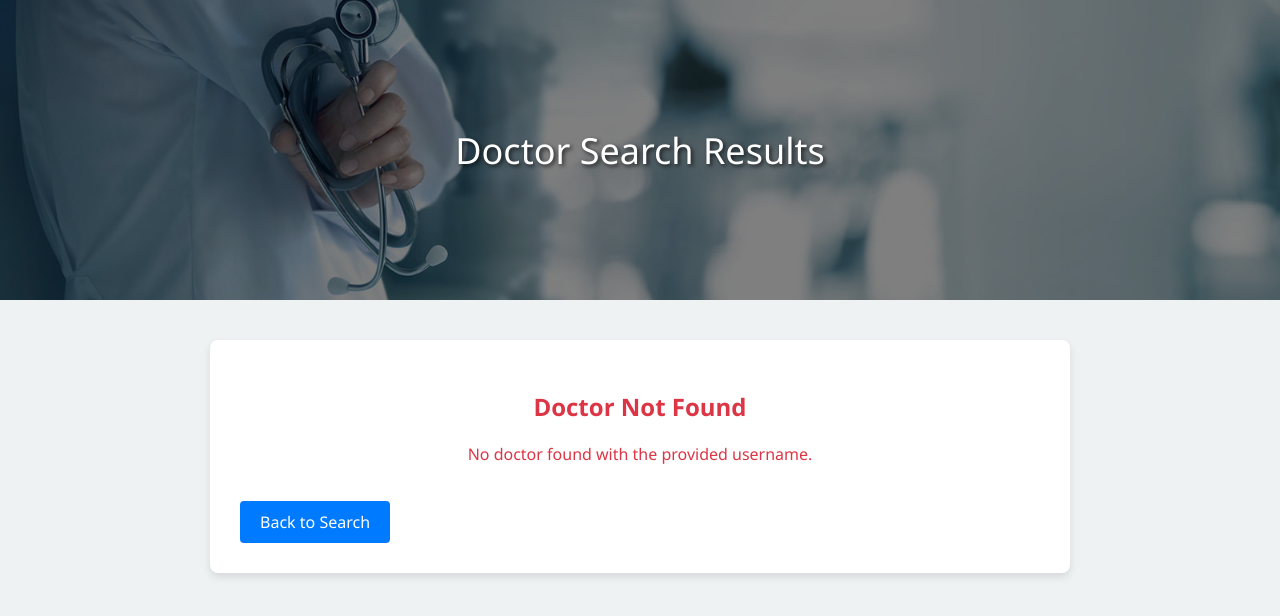
Repository: AriaFantom/Minor-Project
Page: http://localhost/Project/result.jsp
An editor plug-in stored every save of this project. The page is shown before and after the next save, followed by the edit.
The browser window is 1280 px wide. The pictures show the whole page.
Some web fonts or font styles are not loaded; a fallback is used. The page is served by Tomcat 10. Other server files are loaded and not shown. The template is opened directly, without the code that normally fills it, so the values that code supplies are empty.

Above is the page before, as saved 2025-01-14 18:57:46.

### Project/src/main/webapp/result.jsp
<%@ page language="java" contentType="text/html; charset=UTF-8" pageEncoding="UTF-8"%>
<%@ page import="com.healthify.dao.Doctor" %>
<!DOCTYPE html>
<html>
<head>
    <meta charset="UTF-8">
    <title>Doctor Search Result</title>
    <style>
        body {
            font-family: 'Segoe UI', Tahoma, Geneva, Verdana, sans-serif;
            margin: 0;
            padding: 0;
            background-color: #eef2f3;
        }
        .header {
            position: relative;
            width: 100%;
            height: 300px;
            background-image: url('assets/bg2.jpg');
            background-size: cover;
            background-position: center;
            display: flex;
            align-items: center;
            justify-content: center;
        }
        .header-overlay {
            position: absolute;
            top: 0;
            left: 0;
            width: 100%;
            height: 100%;
            background-color: rgba(0, 0, 0, 0.5);
        }
        .header-title {
            position: relative;
            color: white;
            font-size: 36px;
            z-index: 1;
            text-shadow: 2px 2px 4px rgba(0,0,0,0.7);
        }
        .content {
            padding: 40px 20px;
            display: flex;
            flex-direction: column;
            align-items: center;
        }
        .result-container {
            background-color: #ffffff;
            border-radius: 8px;
            padding: 30px;
            box-shadow: 0 4px 8px rgba(0,0,0,0.1);
            width: 100%;
            max-width: 800px;
        }
        .not-found {
            color: #dc3545;
            text-align: center;
        }
        .doctor-card {
            display: flex;
            align-items: center;
            background-color: #f8f9fa;
            border: 1px solid #dee2e6;
            border-radius: 8px;
            padding: 20px;
            margin: 15px 0;
            transition: box-shadow 0.3s ease;
        }
        .doctor-card:hover {
            box-shadow: 0 8px 16px rgba(0,0,0,0.2);
        }
        .doctor-image {
            width: 100px;
            height: 100px;
            border-radius: 50%;
            background-color: #6c757d;
            background-size: cover;
            background-position: center;
            margin-right: 20px;
        }
        .doctor-info {
            flex: 1;
        }
        .doctor-name {
            font-size: 20px;
            font-weight: bold;
            margin: 0;
            color: #343a40;
        }
        .doctor-specialist {
            font-size: 16px;
            color: #6c757d;
            margin: 5px 0 0 0;
        }
        .back-button {
            display: inline-block;
            margin-top: 20px;
            padding: 10px 20px;
            background-color: #007bff;
            color: white;
            text-decoration: none;
            border-radius: 4px;
            transition: background-color 0.3s ease;
        }
        .back-button:hover {
            background-color: #0056b3;
        }
        @media (max-width: 600px) {
            .doctor-card {
                flex-direction: column;
                align-items: flex-start;
            }
            .doctor-image {
                margin-bottom: 15px;
            }
        }
    </style>
</head>
<body>
    <!-- Header Section with Landscape Image -->
    <div class="header">
        <div class="header-overlay"></div>
        <div class="header-title">Doctor Search Results</div>
    </div>

    <!-- Main Content Section -->
    <div class="content">
        <div class="result-container">
            <%
                Doctor doctor = (Doctor)request.getAttribute("doctor");
                if (doctor != null) {
            %>
                <h2 style="text-align:center; color:#28a745;">Doctor Found</h2>
                <div class="doctor-card">
                    <div class="doctor-image" style="background-image: url('<%=request.getContextPath()%>/images/doctor-placeholder.png');"></div>
                    <div class="doctor-info">
                        <p class="doctor-name"><%= doctor.getUsername() %></p>
                        <p class="doctor-specialist"><strong>Specialization:</strong> <%= doctor.getSpecialist() %></p>
                    </div>
                </div>
                <a href="<%=request.getContextPath()%>/searchDoctor.jsp" class="back-button">Back to Search</a>
            <%
                } else {
            %>
                <h2 class="not-found">Doctor Not Found</h2>
                <p class="not-found">No doctor found with the provided username.</p>
                <a href="<%=request.getContextPath()%>/searchDoctor.jsp" class="back-button">Back to Search</a>
            <%
                }
            %>
        </div>
    </div>
</body>
</html>

### Project/src/main/webapp/css/index.css
@charset "UTF-8";

@import url('https://fonts.googleapis.com/css2?family=Oswald:wght@200..700&display=swap');
@import url('https://fonts.googleapis.com/css2?family=Open+Sans:ital,wght@0,300..800;1,300..800&display=swap');
@import url('https://fonts.googleapis.com/css2?family=DM+Serif+Text:ital@0;1&family=PT+Sans:ital,wght@0,400;0,700;1,400;1,700&display=swap');
* {
    box-sizing: border-box;
    margin: 0;
    padding: 0;
}

body {
    margin: 0;
    padding: 0;

}

nav {
    background: #fff;
    font-family: "Oswald", sans-serif;
    position: fixed;
    width: 100%;
    left: 0;
    top: 0;
    display: flex;
    justify-content: space-between;
    align-items: center;
    z-index: 10;
    padding: 8px 20px;

}

nav.scrolled {
    box-shadow: 0px 10px 24px -6px rgba(0, 0, 0, 0.75);
    transition: background-color 0.3s ease;
}

.border {
    border: 1px solid #000;
}
.nav-icon {
    display: flex;
    align-items: center;
    gap: 5px;
    color: #196366;
}

.nav-icon h2 {
    font-family: "DM Serif Text", serif;
    font-weight: 400;
    font-style: normal;
}

.navlogo {
    width: 5%;
    height: 5%;
}

ul {
    padding: 2px 10px;
    list-style-type: none;
    display: flex;
    gap: 20px;
    align-items: center;
}

li {
    cursor: pointer;
    color: #196366;
    font-weight: bold;
    text-transform: uppercase;
    font-size: 18px;
}

.btn-nav {
    display: flex;
    flex-direction: row;
    gap: 10px;
}

.btn-signup {
    cursor: pointer;
    font-family: "Oswald", sans-serif;
    padding: 8px;
    color: white;
    border: none;
    border-radius: 10px;
    width: 100px;
    font-size: 20px;
    background: #196366;
}

.btn-login {
    cursor: pointer;
    font-family: "Oswald", sans-serif;
    padding: 7px;
    color: #196366;
    border-radius: 10px;
    width: 100px;
    font-size: 20px;
    background: transparent;
    border: 2px solid #196366;
}

.hero {
    font-family: "Oswald", sans-serif;
    display: flex;
    flex-direction: row;
    justify-content: space-between;
    padding: 10rem 5rem 0 5rem;
    background: rgb(27,89,86);
    background: -moz-linear-gradient(129deg, rgba(27,89,86,1) 10%, rgba(46,186,180,1) 100%);
    background: -webkit-linear-gradient(129deg, rgba(27,89,86,1) 10%, rgba(46,186,180,1) 100%);
    background: linear-gradient(129deg, rgba(27,89,86,1) 10%, rgba(46,186,180,1) 100%);
    filter: progid:DXImageTransform.Microsoft.gradient(startColorstr="#1b5956",endColorstr="#2ebab4",GradientType=1);
}

.heading {
    color: ghostwhite;
}

.heading h1 {
    margin: 0;
    font-size: 4rem;
    text-transform: uppercase;
}

.hero-button {
    margin-top: 20px;
    font-family: "Oswald", sans-serif;
    text-transform: uppercase;
    font-weight: 400;
    padding: 8px 20px;
    background: white;
    color: #196366;
    border: none;
    border-radius: 5px;
    font-size: 20px;
}

.search-section {
    display: flex;
    align-items: center;
    justify-content: center;
    width: 100%;

}

.inner-search {
    background: whitesmoke;
    width: 90%;
    display: grid;
    grid-template-columns: 1.7fr 0.3fr;
    grid-template-rows: 1fr 1fr;
    grid-template-areas:
    "sl sl"
    "si sb";
    gap: 10px;
    margin: -20px;
    padding: 50px;
    border-radius: 10px;
    box-shadow: 0px 10px 24px -6px rgba(0, 0, 0, 0.75);
}

.inner-search label {
    font-family: "Oswald", sans-serif;
    font-weight: 500;
    text-transform: uppercase;
    font-size: 2rem;
    grid-area: sl;
}

.inner-search input {
    grid-area: si;
    padding: 10px;
    border: 1px solid #196366;
    outline: none;
    border-radius: 12px;
}

.inner-search button {
    cursor: pointer;
    grid-area: sb;
    padding: 20px;
    border: none;
    outline: none;
    border-radius: 12px;
    background: #196366;
    color: white;
}

.function-section,
.doctor-section {
    display: flex;
    flex-direction: column;
    align-items: center;
    justify-content: center;
    margin: 10rem 0;
}

.function-section h1 {
    font-family: "Oswald", sans-serif;
    font-weight: normal;
    font-size: 4rem;
    padding: 5rem 0;
}

.card-container,
.doctor-container {
    display: flex;
    flex-direction: row;
    align-items: center;
    justify-content: center;
    gap: 4rem;
    width: 70%;
}

.card {
    cursor: pointer;
    display: flex;
    flex-direction: column;
    align-items: center;
    background-color: white;
    border-radius: 10px;
    border: 1px solid #196366;
    box-shadow: 0 4px 6px rgba(0, 0, 0, 0.1);
    padding: 40px 20px;
    text-align: center;
    transition: transform 0.3s, box-shadow 0.3s;
}

.card:hover {
    transform: translateY(-10px);
    box-shadow: 0 10px 16px rgba(119, 182, 183, 0.51);;
}

.card img {
    width: 100px;
    height: 100px;
    margin-bottom: 20px;
}

.card h3 {
    font-size: 1.5em;
    margin-bottom: 10px;
    color: #333;
    font-family: "Open Sans", sans-serif;
}

.card p {
    font-size: 1em;
    color: #196366;
    font-family: "Open Sans", sans-serif;
}
.doctor-section h1 {
    font-family: "Oswald", sans-serif;
    font-weight: normal;
    font-size: 4rem;
    padding: 5rem 0;
}
.doctor-card {
    cursor: pointer;
    font-family: "Open Sans", sans-serif;
    display: flex;
    flex-direction: column;
    align-items:center;
    padding: 30px 20px;
    box-shadow: inset 0 -3em 3em rgba(89, 165, 166, 0.09),
    0 0  0 2px rgba(0, 0, 0, 0.25),
    0.3em 0.3em 1em rgba(0,0,0,0.3);
    transition: transform 0.3s;
}

.doctor-card:hover {
    transform: scale(1.05);
}

.doctor-card img {
    width: 300px;
    height: 350px;
    object-fit: contain;
    border-radius: 8px;
}

.doctor-card p {
    font-weight: bold;
}

footer {
    background-color: #004d4d;
    color: white;
    padding: 20px 0;
    text-align: center;
    margin-top: 40px;
    font-family: Arial, sans-serif;
}

.footer-top {
    display: flex;
    justify-content: space-around;
    align-items: center;
    flex-wrap: wrap;
    font-family: "Open Sans", sans-serif;
}
.footer-top h2 {
    text-transform: uppercase;
}

.alert {
            padding: 15px;
            margin: 20px auto;
            border-radius: 4px;
            width: 95%;
            font-size: 16px;
            text-align: center;
}
.alert-success {
            color: #155724;
            background-color: #d4edda;
            border: 1px solid #c3e6cb;
}
.alert-danger {
            color: #721c24;
            background-color: #f8d7da;
            border: 1px solid #f5c6cb;
 }

After the next save:
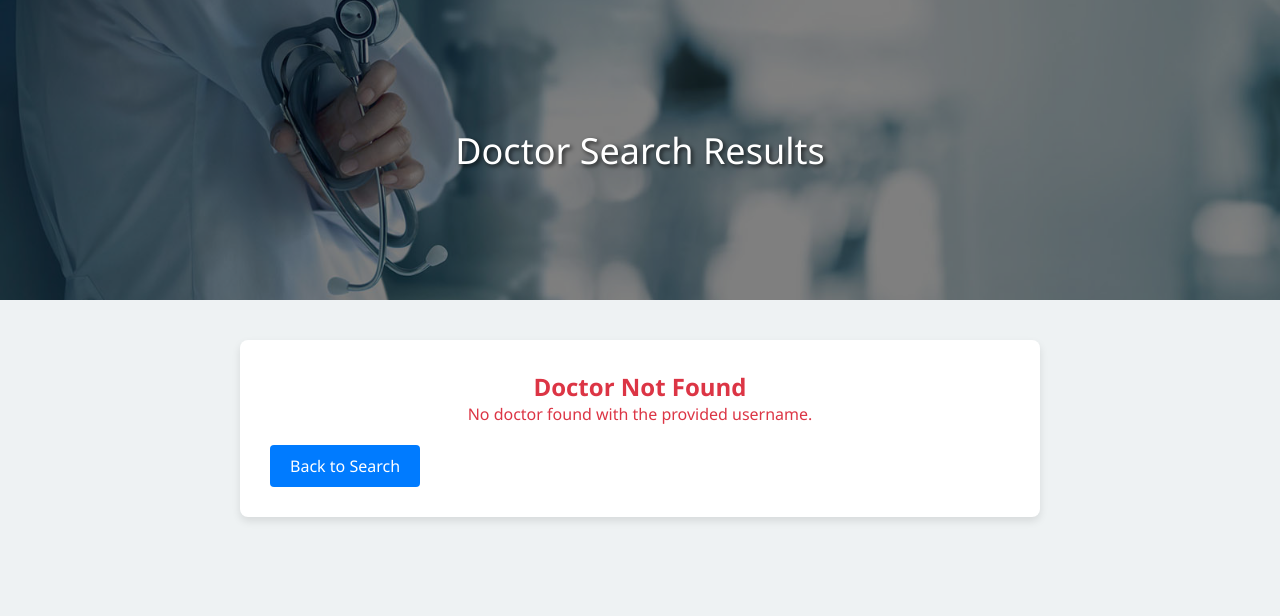
Saved 59 s later.
--- a/Project/src/main/webapp/result.jsp
+++ b/Project/src/main/webapp/result.jsp
@@ -5,6 +5,7 @@
 <head>
     <meta charset="UTF-8">
     <title>Doctor Search Result</title>
+    <link rel="stylesheet" href="css/index.css">
     <style>
         body {
             font-family: 'Segoe UI', Tahoma, Geneva, Verdana, sans-serif;
